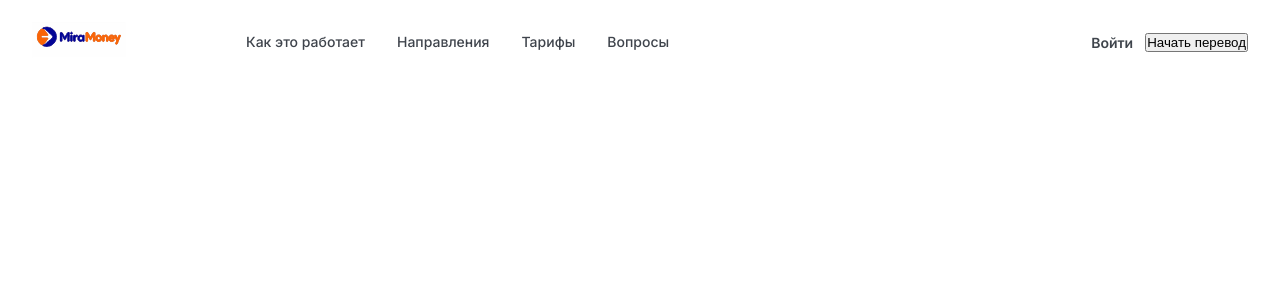
Repository: Shaiyr1/mira-money
Page: index.html
An editor plug-in stored every save of this project. The page is shown before and after the next save, followed by the edit.
The browser window is 1280 px wide. The pictures show the whole page.

Above is the page before, as saved 2026-10-19 16:53:10.

### index.html
<!DOCTYPE html>
<html lang="en">
<head>
    <meta charset="UTF-8">
    <meta http-equiv="X-UA-Compatible" content="IE=edge">
    <meta name="viewport" content="width=device-width, initial-scale=1.0">
    <link rel="stylesheet" href="/src/css/style.css">
    <title>Document</title>
</head>
<body>
    <header class="header">
        <nav class="header-nav">
            <a class="header-nav__link" href="">
                <img class="header-nav__link-logo" src="./src/img/logo.svg" alt="logo">
            </a>
            <ul class="header-nav__ul">
                <li class="header-nav__li">
                    <a class="header-nav__li-link" href="">Как это работает</a>
                </li>
                <li class="header-nav__li">
                    <a class="header-nav__li-link" href="">Направления</a>
                </li>
                <li class="header-nav__li">
                    <a class="header-nav__li-link" href="">Тарифы</a>
                </li>
                <li class="header-nav__li">
                    <a class="header-nav__li-link" href="">Вопросы</a>
                </li>
            </ul>
            <div class="header-nav__sign">
                <a class="header-nav__sign-link" href="">Войти</a>
                <button class="header-nav__sign-btn">Начать перевод</button>
            </div>
        </nav>
    </header>
</body>
</html>

### src/css/style.css
@import url('https://fonts.googleapis.com/css2?family=Inter:ital,opsz,wght@0,14..32,100..900;1,14..32,100..900&display=swap');

* {
    margin: 0;
    padding: 0;
    box-sizing: border-box;
}

.header {}

.header-nav {
    width: 95%;
    height: 84px;
    margin: 0 auto;
    display: flex;
    align-items: center;
}

.header-nav__link {}

.header-nav__link-logo {}

.header-nav__ul {
    margin-left: 120px;
    display: flex;
    align-items: center;
    gap: 32px;
}

.header-nav__li {
    list-style-type: none;
}

.header-nav__li-link {
    text-decoration: none;
    color: #3f444c;
    font-size: 14px;
    font-family: Inter;
    font-weight: 500;
}

.header-nav__sign {
    margin-left: auto;
    display: flex;
    align-items: center;
    gap: 12px;
}

.header-nav__sign-link {
    text-decoration: none;
    color: #3f454c;
    font-size: 14px;
    font-family: Inter;
    font-weight: 600;
}

.header-nav__sign-btn {}

After the next save:
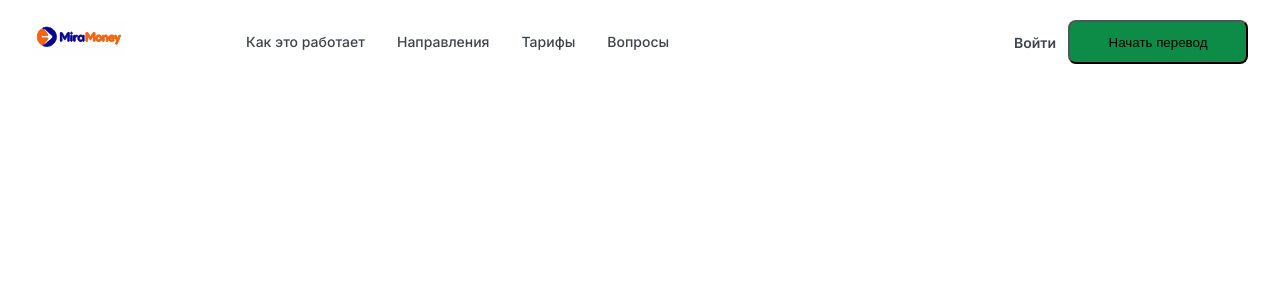
Saved 32 s later.
--- a/src/css/style.css
+++ b/src/css/style.css
@@ -54,4 +54,9 @@
     font-weight: 600;
 }
 
-.header-nav__sign-btn {}
+.header-nav__sign-btn {
+    background-color:#0c8c47;
+width:180px;
+height:44px;
+border-radius:8px;
+}
